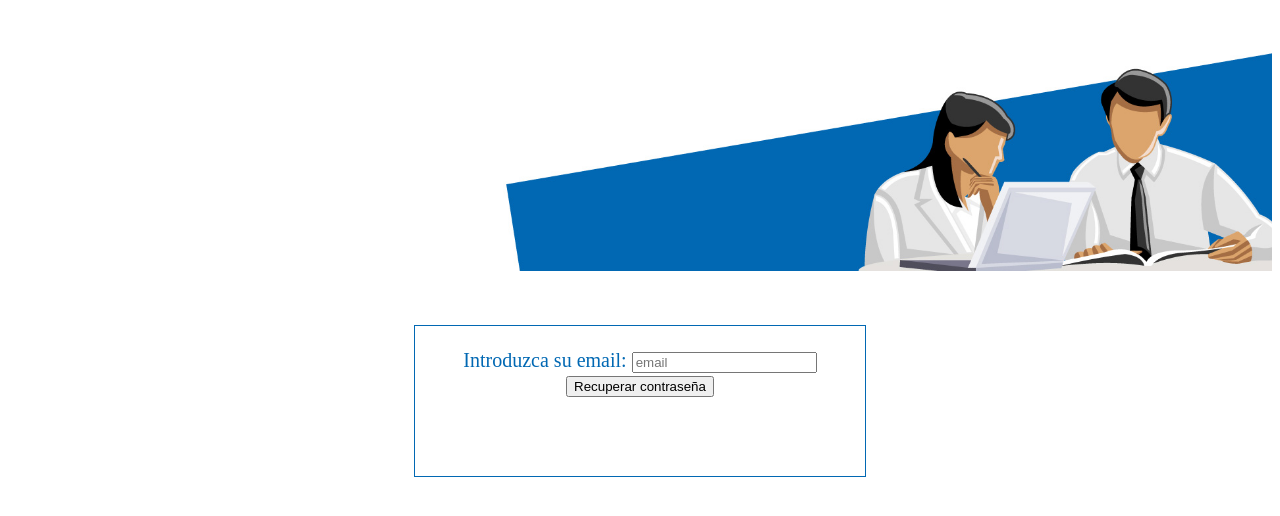
Repository: jluislechado/gestionUsuario
Page: http://localhost/php/olvidar.php
The author's editor kept a record of every edit. The page is drawn from the files as they stood at one moment, then again after the next edit.
The browser window is 1280 px wide. The pictures show the whole page.
The page is run by PHP 8.4 with error messages shown; the project is at /var/www/html/.

Above is the page before.

After the next edit:
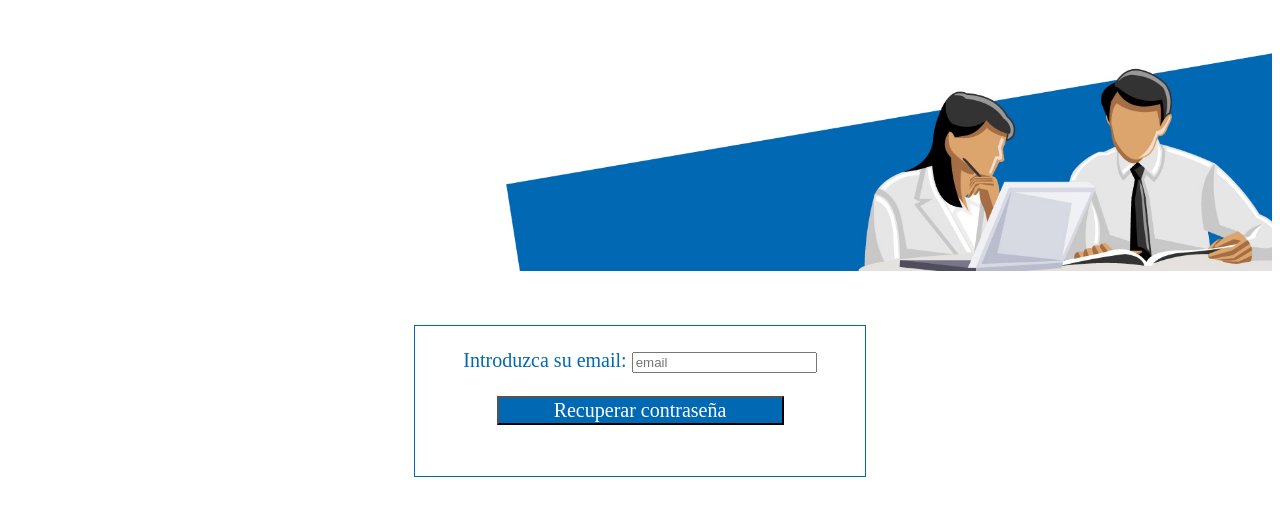
The edit:
--- a/workspace/php/olvidar.php
+++ b/workspace/php/olvidar.php
@@ -13,8 +13,8 @@
         <div id="formularioIndex" class="alto">
             </br>
             <form action="../oauth/recuperarClave.php" method="post">
-                <span>Introduzca su email: </span><input type="email" name="email" placeholder="email"/>
-                <input type="submit" value="Recuperar contraseña"/>
+                <span>Introduzca su email: </span><input type="email" name="email" placeholder="email"/></br></br>
+                <input type="submit" value="Recuperar contraseña" id="botonIndex"/>
             </form>
         </div>
     </body>
